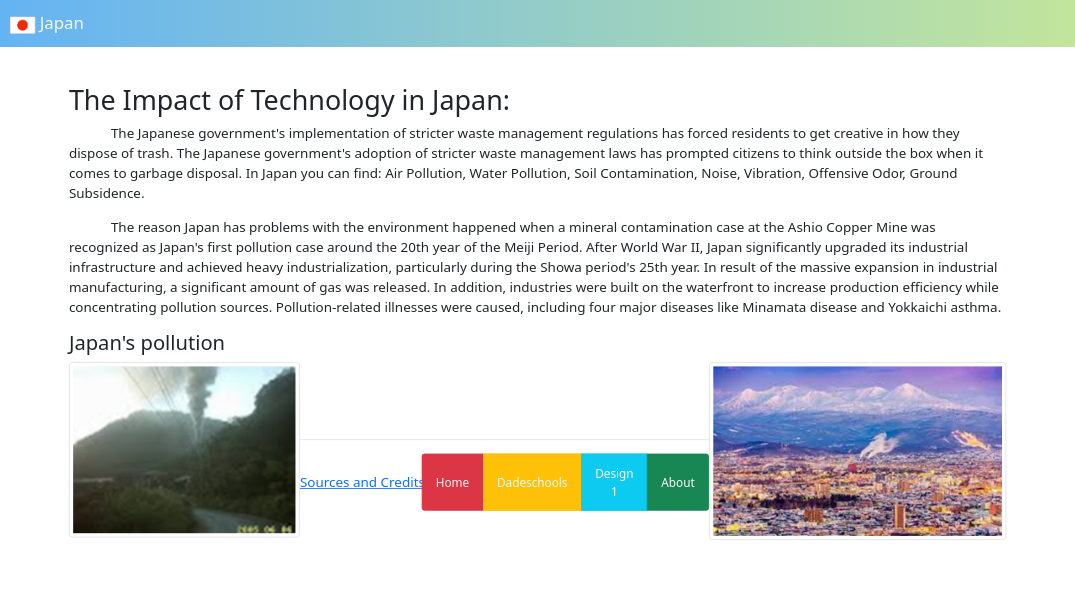
Repository: mrchilliballs/mrchilliballs.github.io
Page: untitled-2.html
These files come from the project's save history. The page is drawn as it stood at one moment and after a run of saves; the edit follows.
The browser window is 1280 px wide. The pictures show the whole page, at 84% of full size.

Above is the page before, as saved 2021-09-02 18:56:01.

### untitled-2.html
<!DOCTYPE html>
<html lang="en">
<head>
    <meta charset="UTF-8">
    <meta http-equiv="X-UA-Compatible" content="IE=edge">
    <!-- CSS only -->
<link href="https://cdn.jsdelivr.net/npm/bootstrap@5.1.0/dist/css/bootstrap.min.css" rel="stylesheet" integrity="sha384-KyZXEAg3QhqLMpG8r+8fhAXLRk2vvoC2f3B09zVXn8CA5QIVfZOJ3BCsw2P0p/We" crossorigin="anonymous">
    <meta name="viewport" content="width=device-width, initial-scale=1.0">
    <title>Document</title>
    <style>
@keyframes AnimationName {
    0%{background-position:0% 50%}
    50%{background-position:100% 50%}
    100%{background-position:0% 50%}
}
#navabr {
    animation: AnimationName 1s ease infinite !important;
    background: #c2e59c;  /* fallback for old browsers */
    background: -webkit-linear-gradient(to right, #64b3f4, #c2e59c);  /* Chrome 10-25, Safari 5.1-6 */
    background: linear-gradient(to right, #64b3f4, #c2e59c); /* W3C, IE 10+/ Edge, Firefox 16+, Chrome 26+, Opera 12+, Safari 7+ */
}
    </style>
</head>
<body>
    <nav class="navbar navbar-light bg-light fixed-top" id="navabr">
        <div class="container-fluid">
          <a class="navbar-brand" href="#">
            <img src="japan.gif" alt="" width="30" height="20 class="d-inline-block align-text-top">
            <span class="text-light">Japan</span>
          </a>
        </div>
      </nav>
    <main class="container">
<h2 style="margin-top: 100px;">The Impact of Technology in Japan:</h2>
	<p style="text-indent: 50px;">The Japanese government's implementation of stricter waste management regulations has forced residents to get creative in how they dispose of trash. The Japanese government's adoption of stricter waste management laws has prompted citizens to think outside the box when it comes to garbage disposal. In Japan you can find: Air Pollution, Water Pollution, Soil Contamination, Noise, Vibration, Offensive Odor, Ground Subsidence.
	<br></p><p style="text-indent: 50px;">The reason Japan has problems with the environment happened when a mineral contamination case at the Ashio Copper Mine was recognized as Japan's first pollution case around the 20th year of the Meiji Period. After World War II, Japan significantly upgraded its industrial infrastructure and achieved heavy industrialization, particularly during the Showa period's 25th year. In result of the massive expansion in industrial manufacturing, a significant amount of gas was released. In addition, industries were built on the waterfront to increase production efficiency while concentrating pollution sources. Pollution-related illnesses were caused, including four major diseases like Minamata disease and Yokkaichi asthma.
    </p>
    <h4>Japan's pollution</h4>
    <img src="Picture3.png" class="rounded float-start img-thumbnail img-fluid" alt="...">
    <img src="Picture4.png" class="rounded float-end img-thumbnail img-fluid" alt="...">
    <div style="margin-bottom: 100px;"></div>
        <div class="container">
            <footer class="d-flex flex-wrap justify-content-between align-items-center py-3 my-4 border-top" style="">
              <div class="dropdown">
                <a class="" href="#" role="button" id="dropdownMenuLink" data-bs-toggle="dropdown" aria-expanded="false">
                  Sources and Credits
                </a>

                <ul class="dropdown-menu" aria-labelledby="dropdownMenuLink">
                  <li><a class="dropdown-item" href="https://www.world-weather-travellers-guide.com/air-pollution-in-japan.htm">Source 1</a></li>
                  <li><a class="dropdown-item" href="https://www.nytimes.com/1964/12/26/archives/tokyo-troubled-by-air-pollution-emphasis-in-smog-control-is-still.html">Source 2</a></li>
                  <li><a class="dropdown-item" href="https://creativecommons.org/licenses/by-nc/2.0/s">Source 3</a></li>
                  <li><a class="dropdown-item" href="https://encyclopedia.1914-1918 online.net/article/science_and_technology_japan ">Source 4</a></li>
                  <li><a class="dropdown-item" href="https://en.wikipedia.org/wiki/Tokyo">Source 5</a></li>
                  <li><a class="dropdown-item" href="https://en.wikipedia.org/wiki/Meiji_Restoration ">Source 6</a></li>
                </ul>
              </div>
              <a href="/" class="col-md-4 d-flex align-items-center justify-content-center mb-3 mb-md-0 me-md-auto link-dark text-decoration-none">
                <svg class="bi me-2" width="40" height="32"><use xlink:href="#bootstrap"></use></svg>
              </a>

              <ul class="nav col-md-4 justify-content-end">
                <div class="btn-group" role="group" aria-label="Basic mixed styles example">
                    <button type="button" class="btn btn-danger btn-sm"><li class="nav-item"><a href="#" class="nav-link px-2 text-light">Home</a></li></button>
                    <button type="button" class="btn btn-warning btn-sm"><li class="nav-item"><a href="https://www3.dadeschools.net" class="nav-link px-2 text-light">Dadeschools</a></li></button>
                    <button type="button" class="btn btn-info btn-sm"><li class="nav-item"><a href="index.html" class="nav-link px-2 text-light">Design 1</a></li></button>
                    <button type="button" class="btn btn-success btn-sm"><li class="nav-item"><a class="nav-link px-2 text-light" href="#" role="button" id="dropdownMenuLink" data-bs-toggle="dropdown" aria-expanded="false">About</a><ul class="dropdown-menu" aria-labelledby="dropdownMenuLink1">
                      <li class="dropdown-item">We made this website using the program language "HTML". It took us a lot of work and we hope we get a good grade on this because we did our best on this website.</li>
                    </ul></li>
                    </button>
                  </div>
              </ul>
            </footer>
          </div>
          <!-- JavaScript Bundle with Popper -->
<script src="https://cdn.jsdelivr.net/npm/bootstrap@5.1.0/dist/js/bootstrap.bundle.min.js" integrity="sha384-U1DAWAznBHeqEIlVSCgzq+c9gqGAJn5c/t99JyeKa9xxaYpSvHU5awsuZVVFIhvj" crossorigin="anonymous"></script>
    </main>
</body>
</html>

After the next 2 saves:
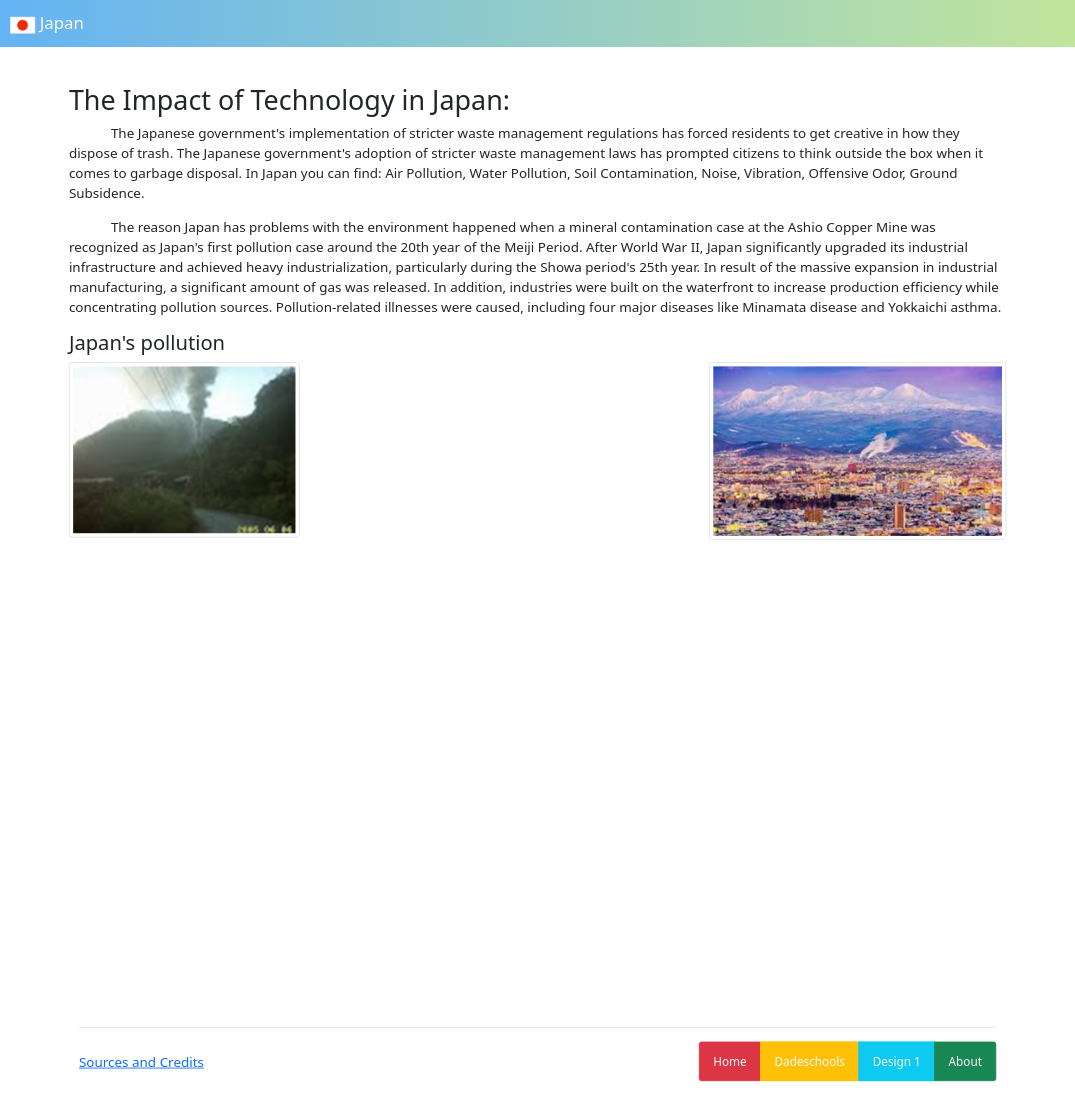
The 2 saves are shown as one change because they came seconds apart.
The last was saved 12 s later.
--- a/untitled-2.html
+++ b/untitled-2.html
@@ -38,7 +38,7 @@
     <h4>Japan's pollution</h4>
     <img src="Picture3.png" class="rounded float-start img-thumbnail img-fluid" alt="...">
     <img src="Picture4.png" class="rounded float-end img-thumbnail img-fluid" alt="...">
-    <div style="margin-bottom: 100px;"></div>
+    <div style="margin-bottom: 50rem;"></div>
         <div class="container">
             <footer class="d-flex flex-wrap justify-content-between align-items-center py-3 my-4 border-top" style="">
               <div class="dropdown">
